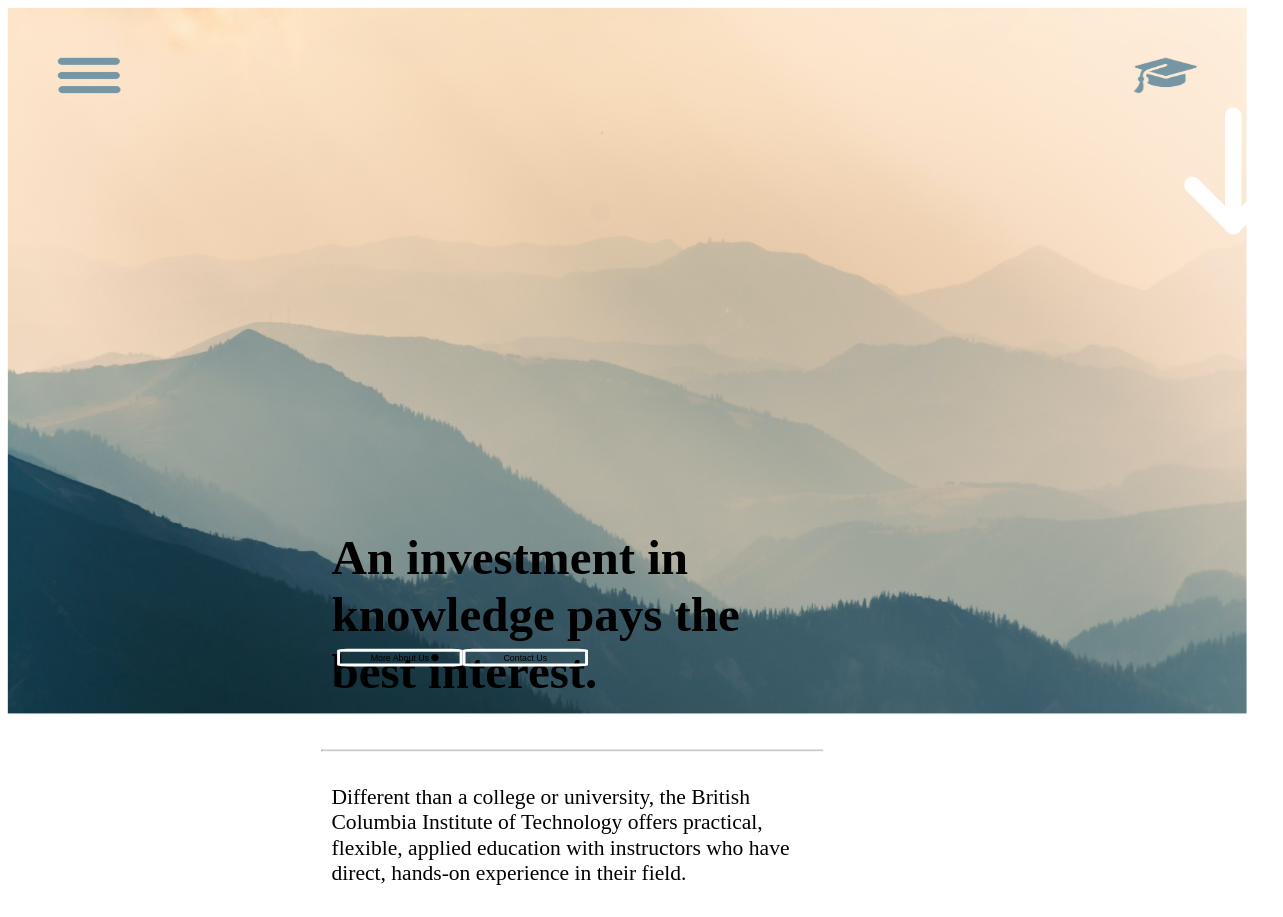
Repository: sierralaurent/MDIA2109-Assignment01
Page: /
The author's editor kept a copy of each file at every save. The page is drawn from the files as they stood at one save, then again after the next save.
The browser window is 1280 px wide. The page is 1309 px wide, then 1280 px, so the pictures cover 1309 px, including what lies to the right of the window. The pictures show the whole page, at 98% of full size.
The project was rebuilt for these pictures with package versions that can differ from the ones it lists, and the page was loaded fresh each time. The framework's server and built-in components were replaced by stand-ins that run in the browser. Also part of the build but not shown: next.config.js.

Above is the page before, as saved 2023-02-01 16:54:26.

After the next save:
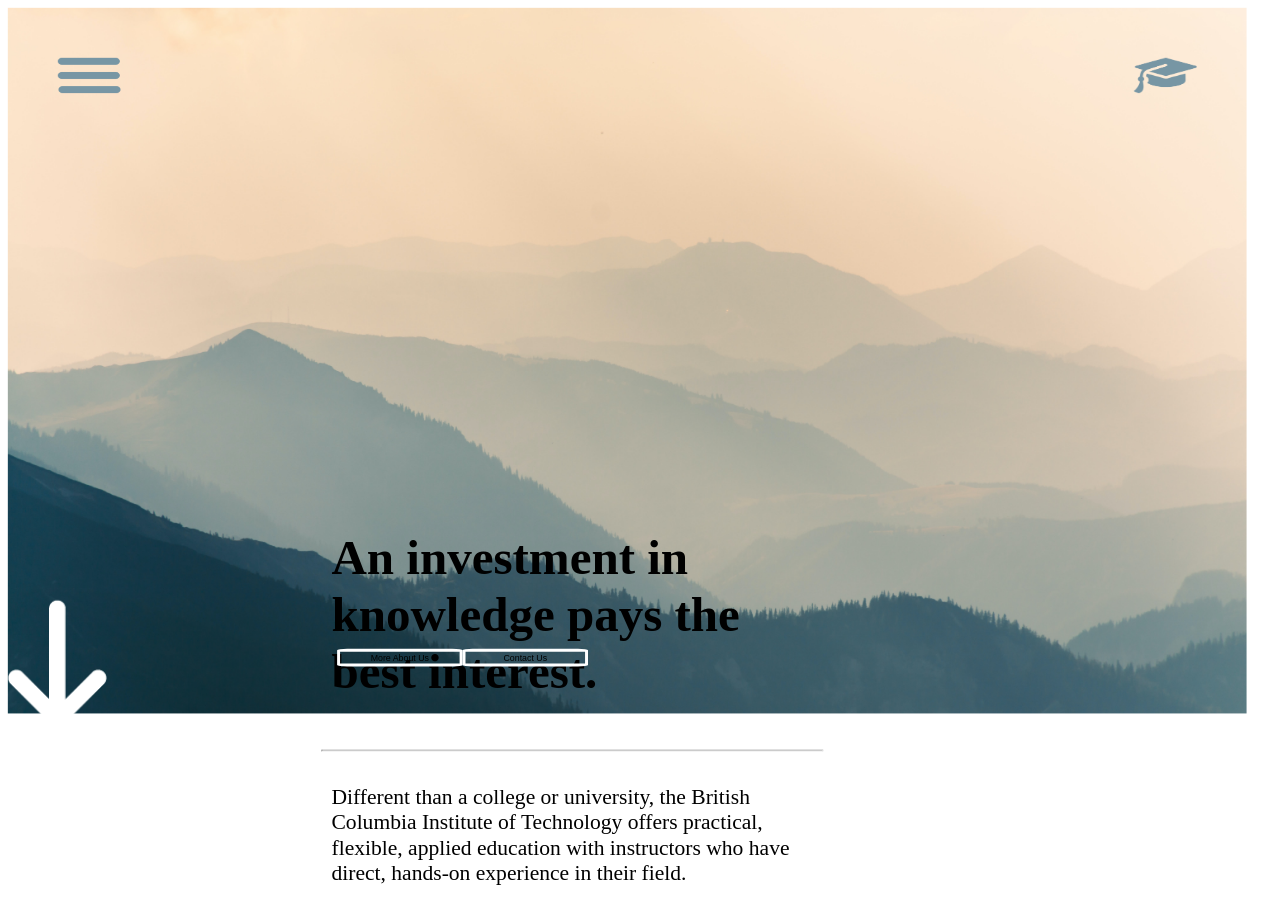
Saved 50 s later.
--- a/styles/Home.module.css
+++ b/styles/Home.module.css
@@ -71,6 +71,11 @@
   float: right;
 }
 
+.bottom {
+  position: absolute;
+  bottom: 5rem;
+}
+
 .nav {
   padding: 4%;
 }
